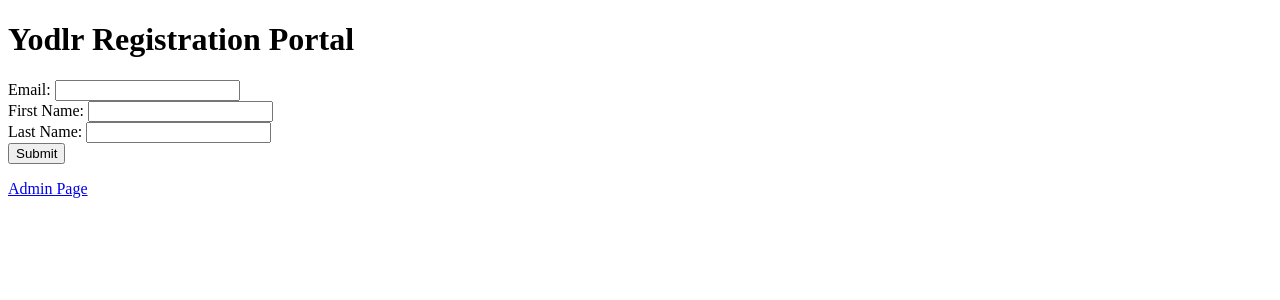
Repository: rmdayberry/yodlr-take-home
Page: public/signup.html
These files come from the project's save history. The page is drawn as it stood at one moment and after the next save; the edit follows.
The browser window is 1280 px wide. The pictures show the whole page.

Above is the page before, as saved 2024-10-09 08:40:44.

After the next save:
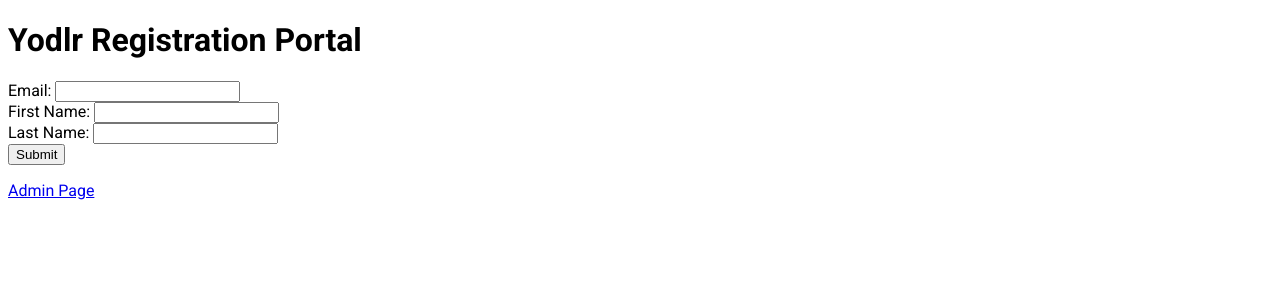
Saved 14 s later.
--- a/public/signup.html
+++ b/public/signup.html
@@ -3,6 +3,7 @@
 <head>
   <meta charset=utf-8>
   <title>Yodlr Registration Portal</title>
+  <link rel="stylesheet" href="css/styles.css" />
   <script src="https://code.jquery.com/jquery-3.6.0.min.js"></script>
     <script>$(document).ready(function() {
       $('form').on('submit', function(e){
